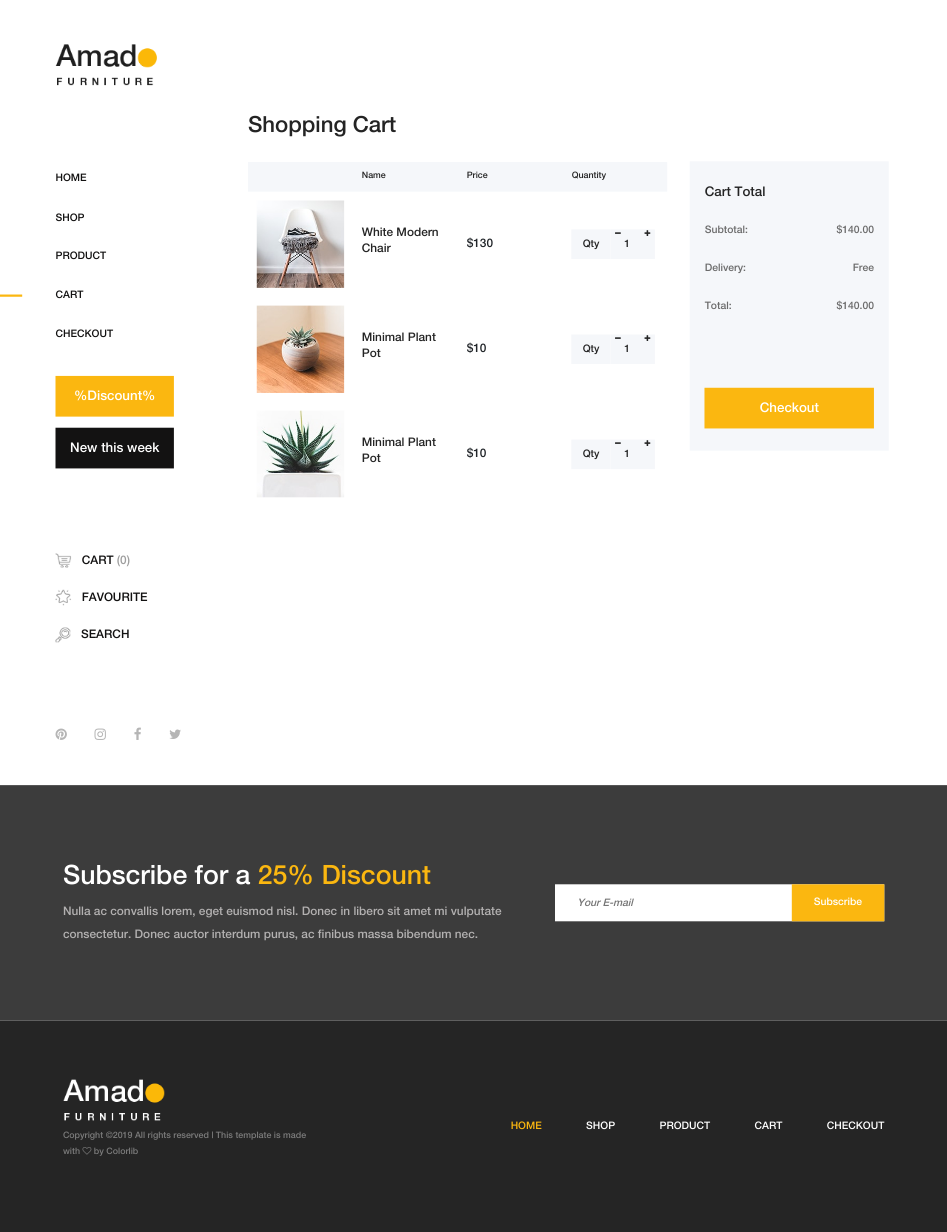
Repository: robbietaek/Java_Spring_Framework_Study
Page: http://localhost/team/WEB-INF/user/cart.jsp
These files come from the project's save history. The page is drawn as it stood at one moment and after the next save; the edit follows.
The browser window is 1280 px wide. The pictures show the whole page, at 74% of full size.
The page is served by Tomcat 9. Nobody is signed in. The template is opened directly, without the code that normally fills it, so the values that code supplies are empty.

Above is the page before, as saved 2019-12-29 11:38:03.

After the next save:
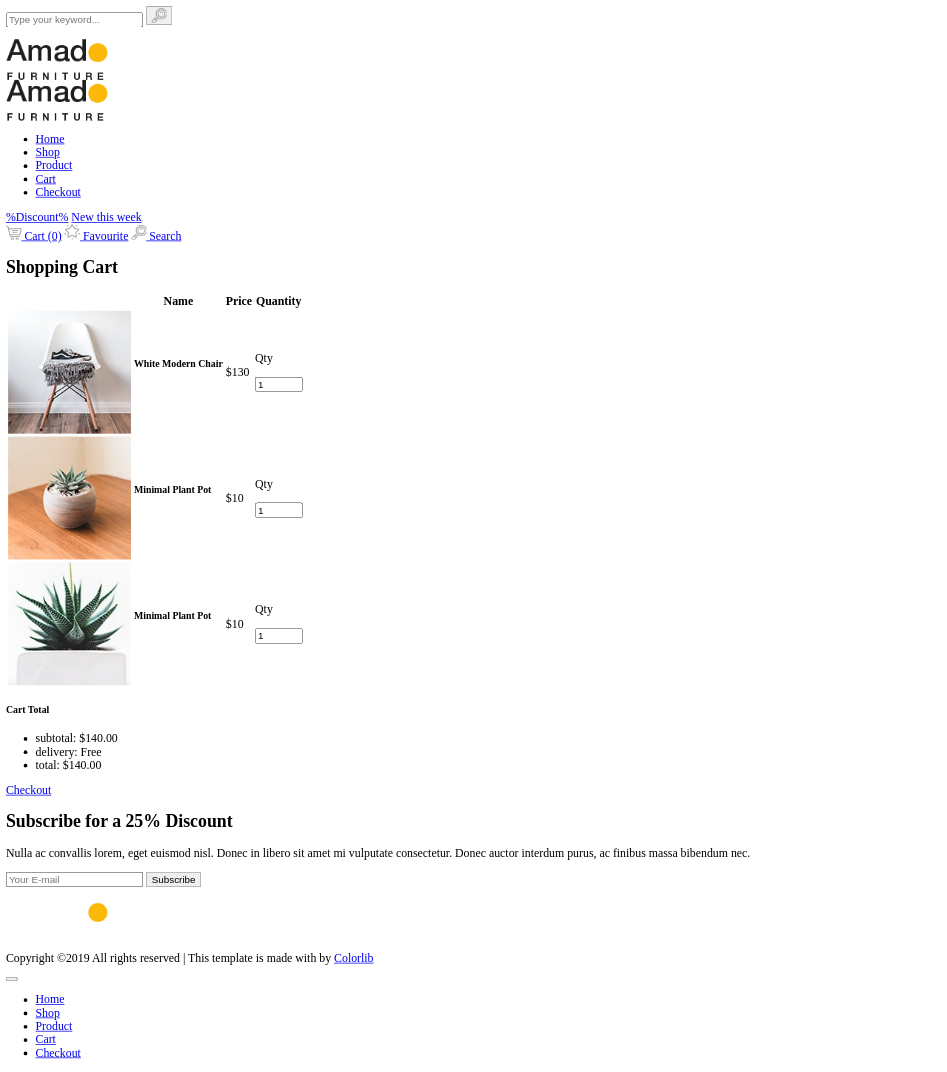
Saved 39 s later.
--- a/team/src/main/webapp/WEB-INF/user/cart.jsp
+++ b/team/src/main/webapp/WEB-INF/user/cart.jsp
@@ -5,22 +5,7 @@
 <html lang="en">
 
 <head>
-    <meta charset="UTF-8">
-    <meta name="description" content="">
-    <meta http-equiv="X-UA-Compatible" content="IE=edge">
-    <meta name="viewport" content="width=device-width, initial-scale=1, shrink-to-fit=no">
-    <!-- The above 4 meta tags *must* come first in the head; any other head content must come *after* these tags -->
-
-    <!-- Title  -->
-    <title>Amado - Furniture Ecommerce Template | Cart</title>
-
-    <!-- Favicon  -->
-    <link rel="icon" href="img/core-img/favicon.ico">
-
-    <!-- Core Style CSS -->
-    <link rel="stylesheet" href="css/core-style.css">
-    <link rel="stylesheet" href="style.css">
-
+    <title>카트</title>
 </head>
 
 <body>
